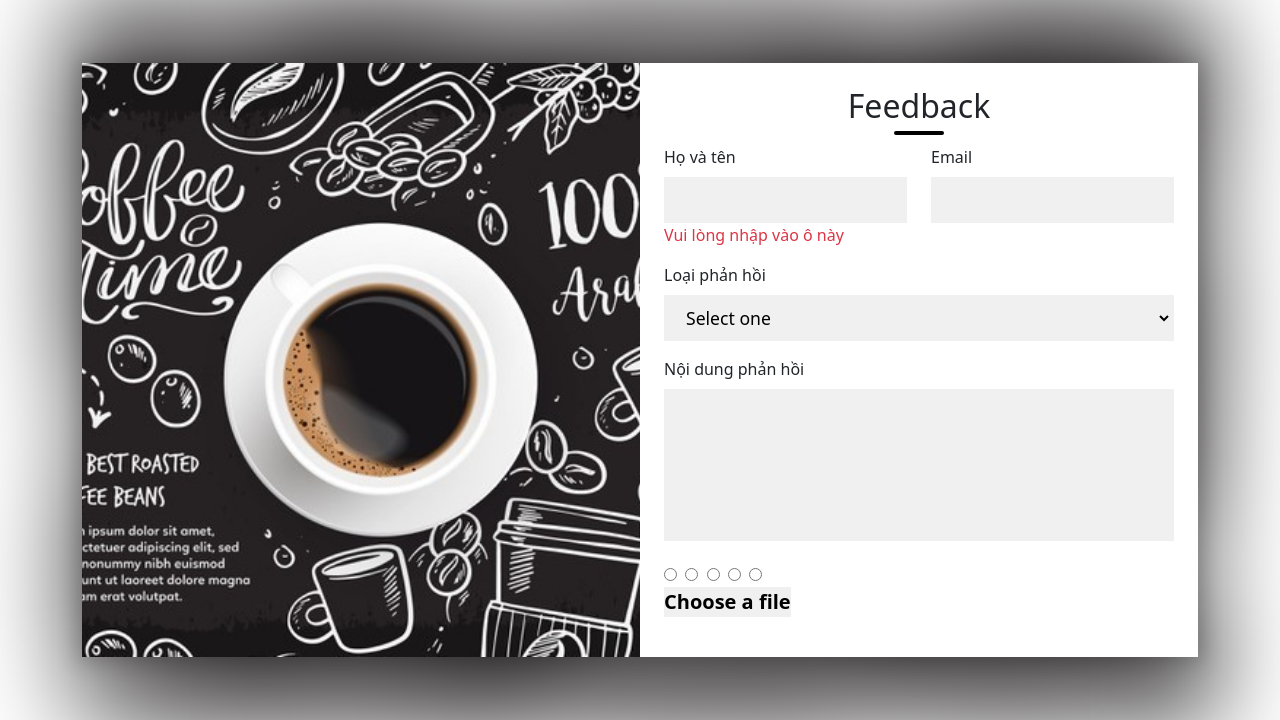
Repository: LeDongGyC/html-css
Page: HTML CSS/prototype/index.html
These files come from the project's save history. The page is drawn as it stood at one moment and after the next save; the edit follows.
The browser window is 1280 px wide. The pictures show the whole page.
Some web libraries are served in a nearby version. The style sheet was rebuilt from its Sass, Less or Tailwind sources for each picture, by a compiler version that may differ from the author's.

Above is the page before, as saved 2023-05-24 12:00:23.

After the next save:
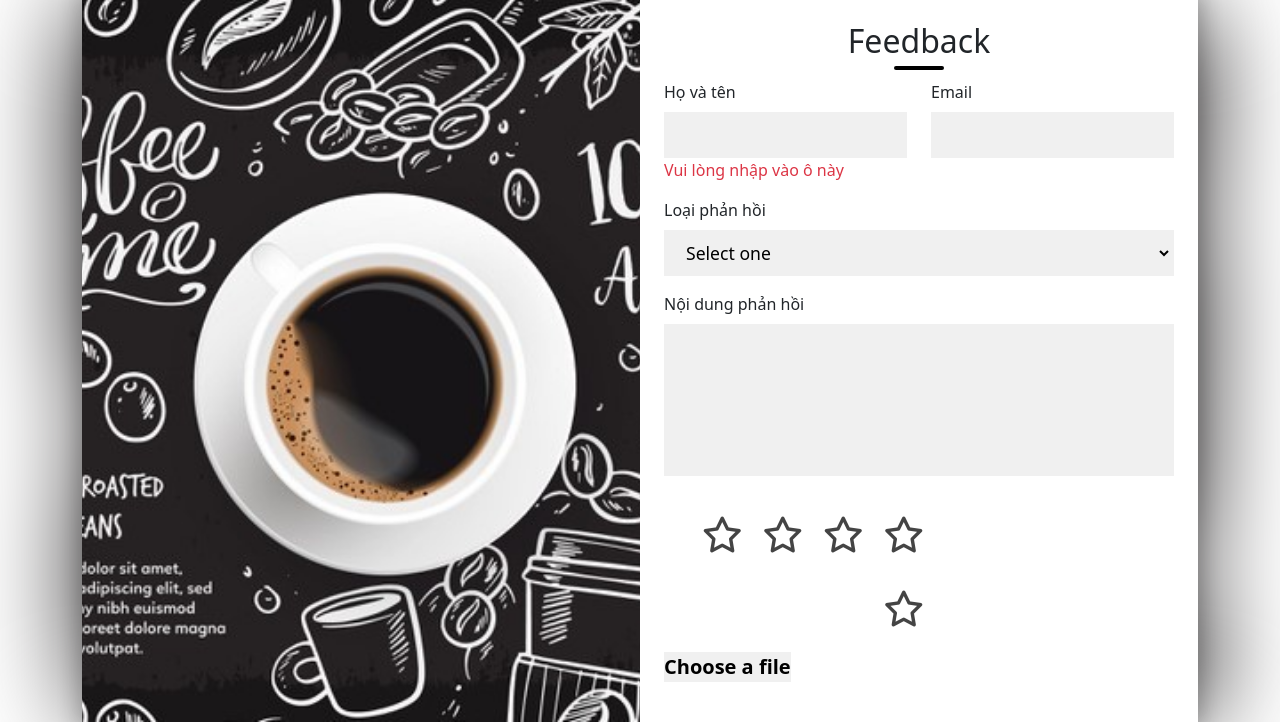
Saved 20 s later.
--- a/HTML CSS/prototype/style.scss
+++ b/HTML CSS/prototype/style.scss
@@ -114,3 +114,37 @@ body {
   color: rgba(30, 85, 250, 0.47);
   background-color: rgba(0, 0, 0, 0.1);
 }
+div.stars {
+  width: 270px;
+  display: inline-block;
+}
+
+input.star { display: none; }
+
+label.star {
+  float: right;
+  padding: 10px;
+  font-size: 36px;
+  color: #444;
+  transition: all .2s;
+}
+
+input.star:checked ~ label.star:before {
+  content: '\f005';
+  color: #FD4;
+  transition: all .25s;
+}
+
+input.star-5:checked ~ label.star:before {
+  color: #FE7;
+  text-shadow: 0 0 20px #952;
+}
+
+input.star-1:checked ~ label.star:before { color: #F62; }
+
+label.star:hover { transform: rotate(-15deg) scale(1.3); }
+
+label.star:before {
+  content: '\f006';
+  font-family: FontAwesome;
+}
